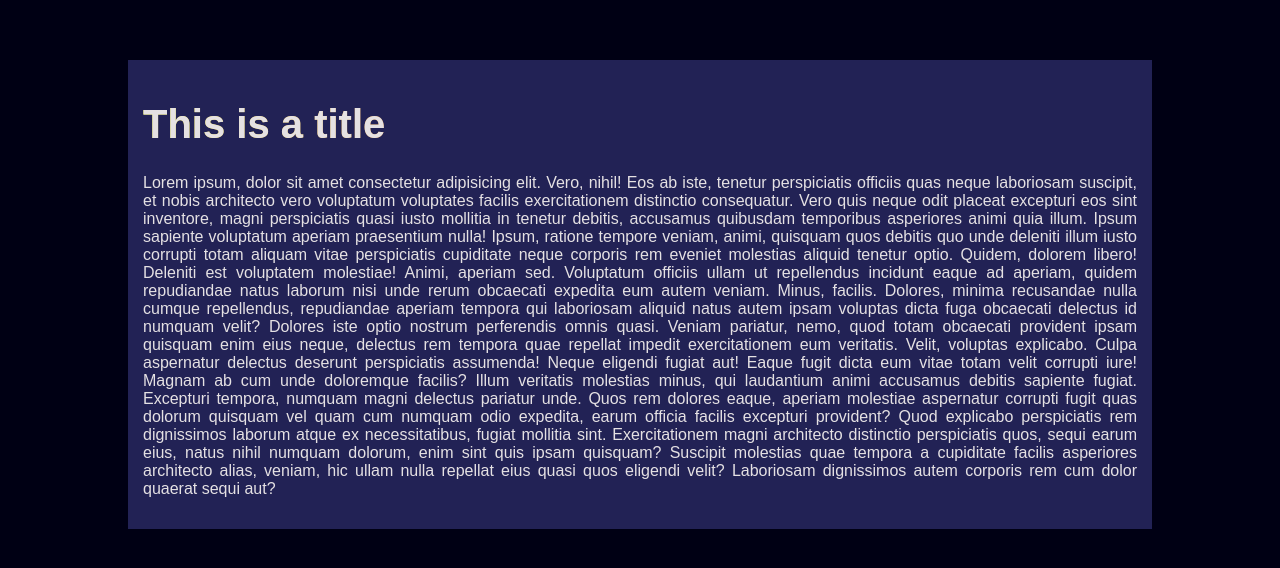
Repository: Francois-QUICODE/CSS-Micro-Projects
Page: Projects/01-Infinite-Gradient-Text.html
The author's editor kept a copy of each file at every save. The page is drawn from the files as they stood at one save, then again after the next save.
The browser window is 1280 px wide. The pictures show the whole page.
Some web fonts or font styles are not loaded; a fallback is used.

Above is the page before, as saved 2020-11-28 10:51:46.

### Projects/01-Infinite-Gradient-Text.html
<!DOCTYPE html>
<html lang="en">
  <head>
    <meta charset="UTF-8" />
    <title>Infinite Gradiant text</title>
  </head>
  <body>
    <div class="container">
      <div class="text">
        <h1>This is a title</h1>
        <p class="lorem">
          Lorem ipsum, dolor sit amet consectetur adipisicing elit. Vero, nihil!
          Eos ab iste, tenetur perspiciatis officiis quas neque laboriosam
          suscipit, et nobis architecto vero voluptatum voluptates facilis
          exercitationem distinctio consequatur. Vero quis neque odit placeat
          excepturi eos sint inventore, magni perspiciatis quasi iusto mollitia
          in tenetur debitis, accusamus quibusdam temporibus asperiores animi
          quia illum. Ipsum sapiente voluptatum aperiam praesentium nulla!
          Ipsum, ratione tempore veniam, animi, quisquam quos debitis quo unde
          deleniti illum iusto corrupti totam aliquam vitae perspiciatis
          cupiditate neque corporis rem eveniet molestias aliquid tenetur optio.
          Quidem, dolorem libero! Deleniti est voluptatem molestiae! Animi,
          aperiam sed. Voluptatum officiis ullam ut repellendus incidunt eaque
          ad aperiam, quidem repudiandae natus laborum nisi unde rerum obcaecati
          expedita eum autem veniam. Minus, facilis. Dolores, minima recusandae
          nulla cumque repellendus, repudiandae aperiam tempora qui laboriosam
          aliquid natus autem ipsam voluptas dicta fuga obcaecati delectus id
          numquam velit? Dolores iste optio nostrum perferendis omnis quasi.
          Veniam pariatur, nemo, quod totam obcaecati provident ipsam quisquam
          enim eius neque, delectus rem tempora quae repellat impedit
          exercitationem eum veritatis. Velit, voluptas explicabo. Culpa
          aspernatur delectus deserunt perspiciatis assumenda! Neque eligendi
          fugiat aut! Eaque fugit dicta eum vitae totam velit corrupti iure!
          Magnam ab cum unde doloremque facilis? Illum veritatis molestias
          minus, qui laudantium animi accusamus debitis sapiente fugiat.
          Excepturi tempora, numquam magni delectus pariatur unde. Quos rem
          dolores eaque, aperiam molestiae aspernatur corrupti fugit quas
          dolorum quisquam vel quam cum numquam odio expedita, earum officia
          facilis excepturi provident? Quod explicabo perspiciatis rem
          dignissimos laborum atque ex necessitatibus, fugiat mollitia sint.
          Exercitationem magni architecto distinctio perspiciatis quos, sequi
          earum eius, natus nihil numquam dolorum, enim sint quis ipsam
          quisquam? Suscipit molestias quae tempora a cupiditate facilis
          asperiores architecto alias, veniam, hic ullam nulla repellat eius
          quasi quos eligendi velit? Laboriosam dignissimos autem corporis rem
          cum dolor quaerat sequi aut?
        </p>
      </div>
    </div>
  </body>

  <style>
    @import url("https://fonts.googleapis.com/css2?family=Alatsi&display=swap");

    body {
      background-color: #000014;
      width: 1024px;
      margin: auto;
      color: #e5e1e1;
      padding-top: 60px;
      font-family: "Alatsi", sans-serif;
    }

    .container {
      background-color: #222247;
      padding: 15px;
      mix-blend-mode: screen;
      display: flex;
    }

    h1 {
      font-size: 40px;
      text-decoration: wavy;
      background: linear-gradient(
        90deg,
        rgba(247, 255, 0, 1) 0%,
        rgba(207, 109, 0, 1) 26%,
        rgba(151, 0, 255, 1) 66%,
        rgba(247, 255, 0, 1) 100%
      );
      background-clip: text;
    }

    .lorem {
      text-align: justify;
    }
  </style>
</html>

After the next save:
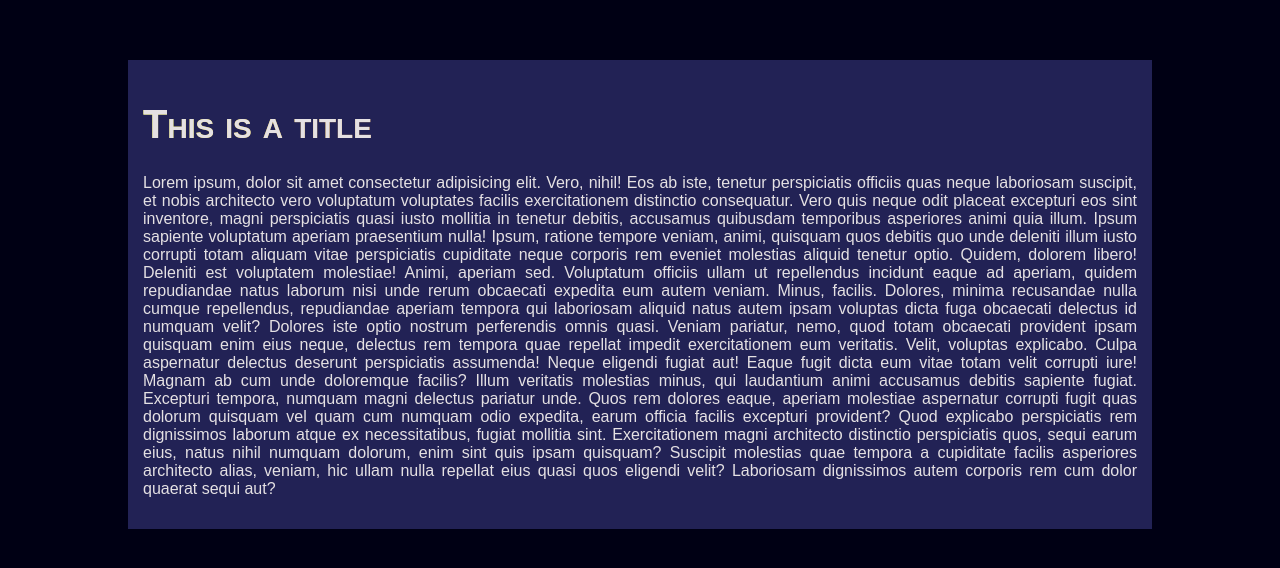
Saved 43 s later.
--- a/Projects/01-Infinite-Gradient-Text.html
+++ b/Projects/01-Infinite-Gradient-Text.html
@@ -70,7 +70,7 @@
 
     h1 {
       font-size: 40px;
-      text-decoration: wavy;
+      font-variant: small-caps;
       background: linear-gradient(
         90deg,
         rgba(247, 255, 0, 1) 0%,
